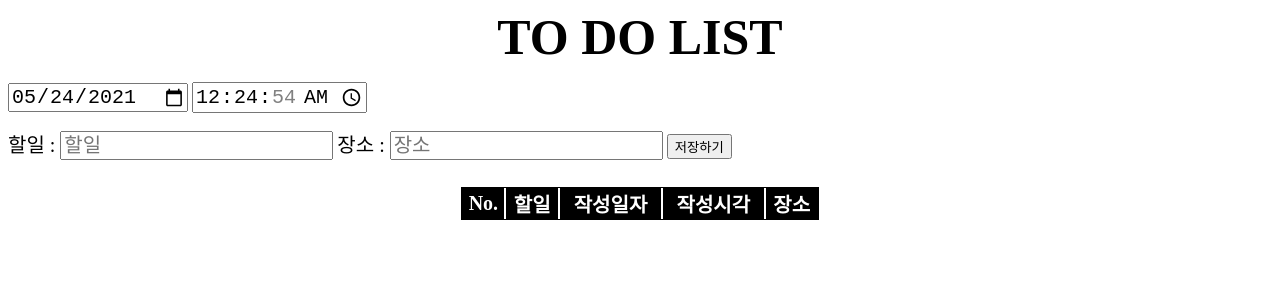
Repository: kimyoungjin98/Exam_Project
Page: http://localhost/Server_PR_TodoList/
These files come from the project's save history. The page is drawn as it stood at one moment and after the next save; the edit follows.
The browser window is 1280 px wide. The pictures show the whole page.
The page is served by Tomcat 9. Queries for data that is not in the repository find no rows.

Above is the page before, as saved 2021-05-24 06:28:55.

After the next save:
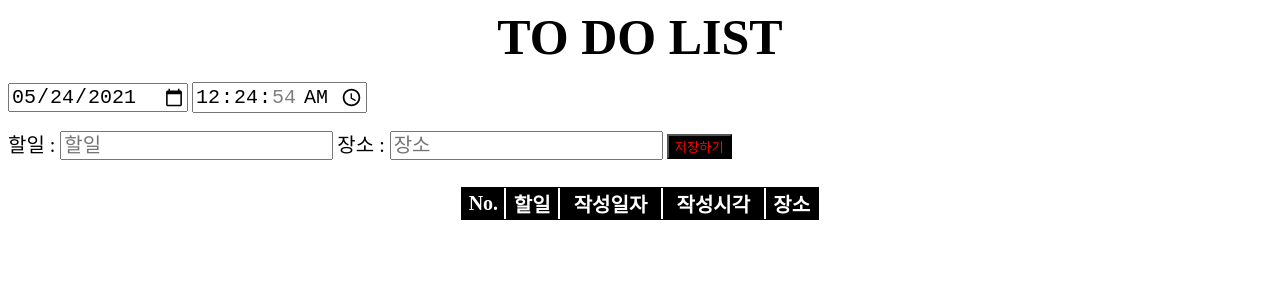
Saved 35 s later.
--- a/Server_PR_TodoList/src/main/webapp/WEB-INF/views/write.jsp
+++ b/Server_PR_TodoList/src/main/webapp/WEB-INF/views/write.jsp
@@ -35,6 +35,11 @@ document.addEventListener("DOMContentLoaded", function(ev){
 		font-size:20px;
 	}
 
+	button{
+		background-color: black;
+		color:red;
+	}
+
 </style>
 <body>
 
